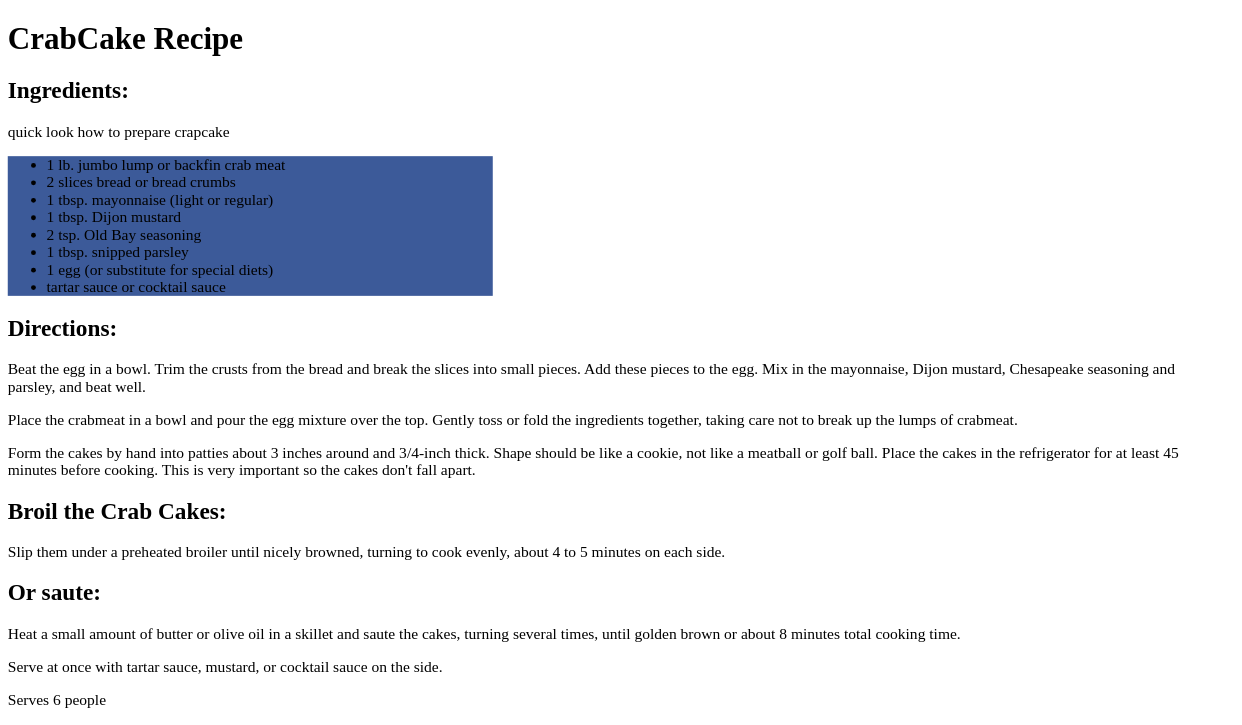
Repository: henokkeleta/SpringIt2
Page: CrabCake/WebContent/CrabbyCake.html
These files come from the project's save history. The page is drawn as it stood at one moment and after the next save; the edit follows.
The browser window is 1280 px wide. The pictures show the whole page, at 97% of full size.

Above is the page before, as saved 2017-06-13 14:39:00.

After the next save:
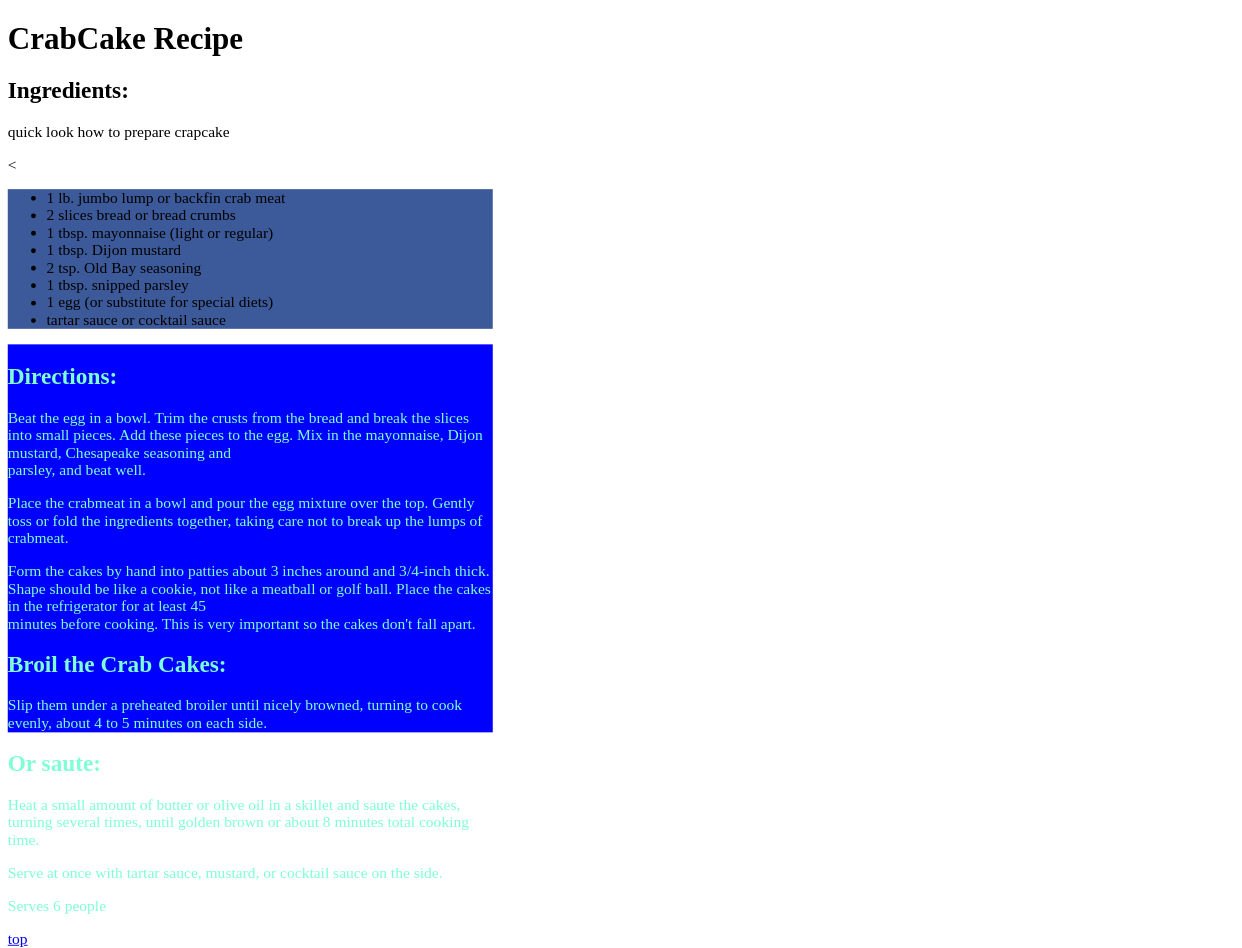
Saved 11 min 0 s later.
--- a/CrabCake/WebContent/CrabbyCake.html
+++ b/CrabCake/WebContent/CrabbyCake.html
@@ -10,13 +10,20 @@
        background-color:#3C5A99;
        width:500px;
         }
-
+#second{
+       color:aquamarine;
+       background-color:blue;
+       position:absolute;
+       width:500px;
+       height:400px;
+       }
 </style>
 <h1 align="left">CrabCake Recipe</h1>
 <h2 align="justify">Ingredients:</h2>
 </head>
 <body>
   <p id="top">quick look how to prepare crapcake</p>
+  <
 	<div class="first">
 	<ul>
 		<li>1 lb. jumbo lump or backfin crab meat</li>
@@ -29,6 +36,7 @@
 		<li>tartar sauce or cocktail sauce</li>
 	</ul>
 </div>
+<div id="second">
 	<h2>Directions:</h2>
 	<p>
 		Beat the egg in a bowl. Trim the crusts from the bread and break the
@@ -55,8 +63,8 @@
 	<p>Serve at once with tartar sauce, mustard, or cocktail sauce on
 		the side.</p>
 	<p>Serves 6 people</p>
-    <p><a href="#top" back to the top</a></p>
-
+    <p><a href="#top">top</a></p>
+</div>
 
 </body>
 </html>
